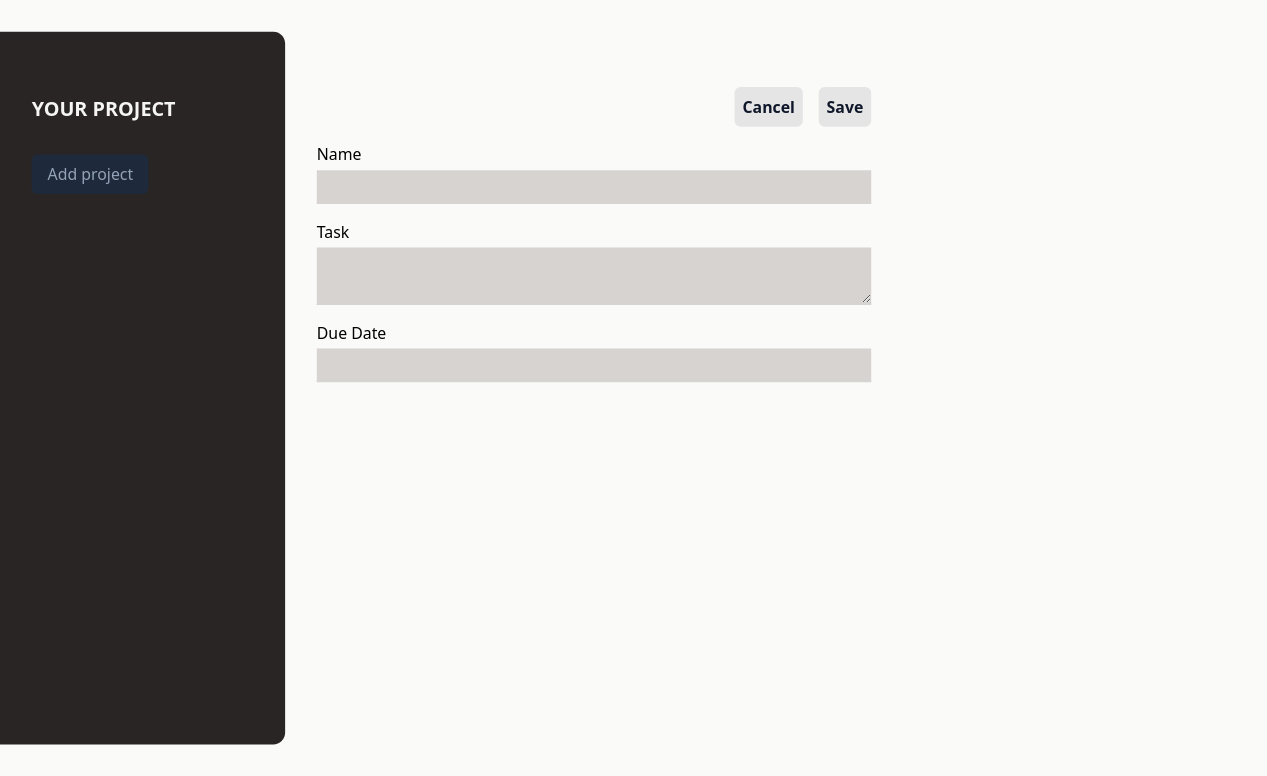
Repository: sibi24sibi/todo-list-using-reactjs
Page: /
An editor plug-in stored every save of this project. The page is shown before and after the next save, followed by the edit.
The browser window is 1280 px wide. The pictures show the whole page, at 99% of full size.
The project was rebuilt for these pictures with package versions that can differ from the ones it lists, and the page was loaded fresh each time. Also part of the build but not shown: vite.config.js.

Above is the page before, as saved 2024-06-24 14:43:49.

After the next save:
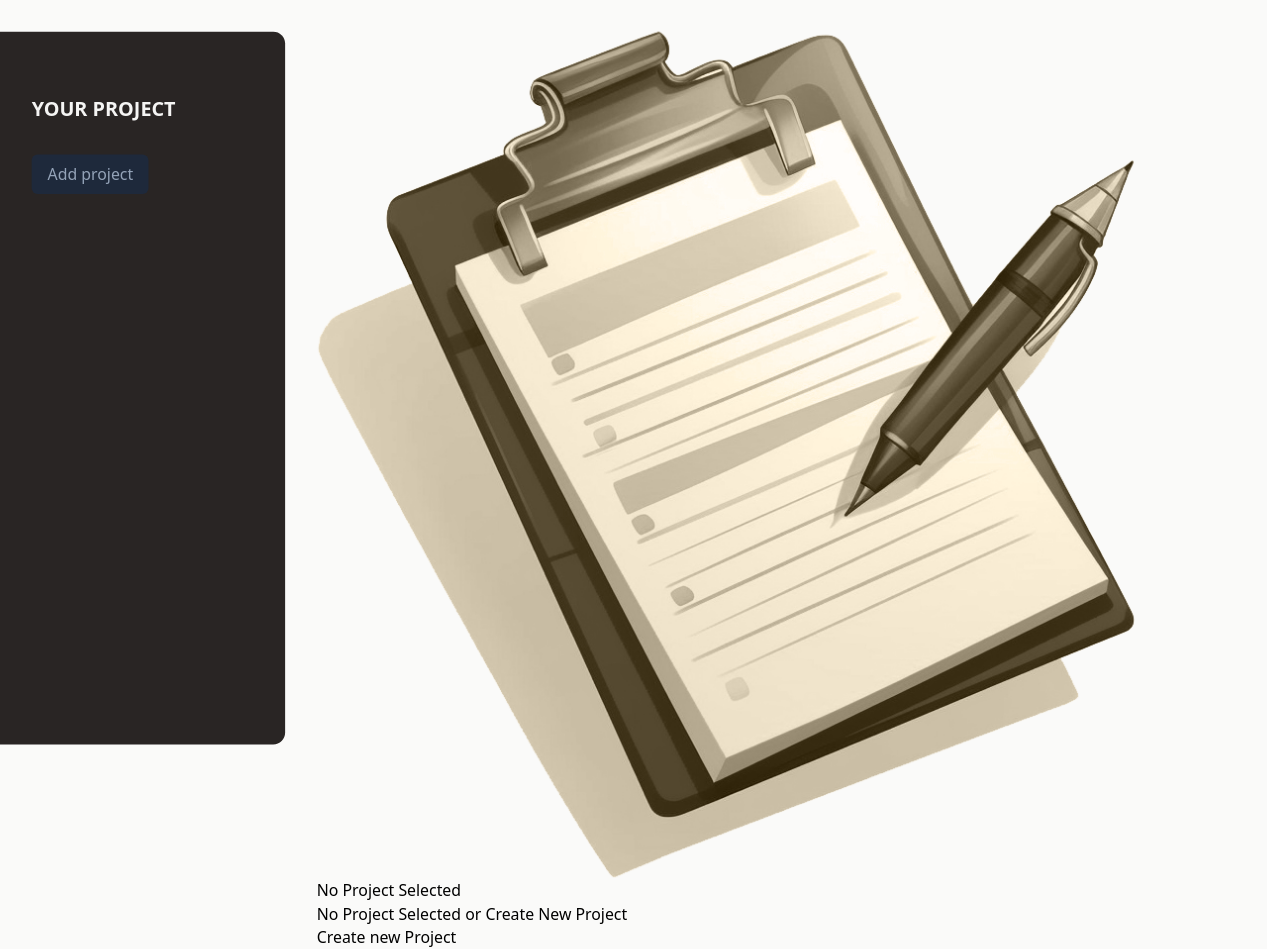
Saved 2 min 18 s later.
--- a/src/App.jsx
+++ b/src/App.jsx
@@ -1,4 +1,5 @@
 import NewPoject from "./Components/NewProjects";
+import Noprojects from "./Components/NoProjects";
 import SideBar from "./Components/SideBar";
 
 function App() {
@@ -6,7 +7,7 @@ function App() {
     <>
       <main className="h-screen my-8 flex gap-8">
         <SideBar />
-        <NewPoject />
+        <Noprojects />
       </main>
     </>
   );
